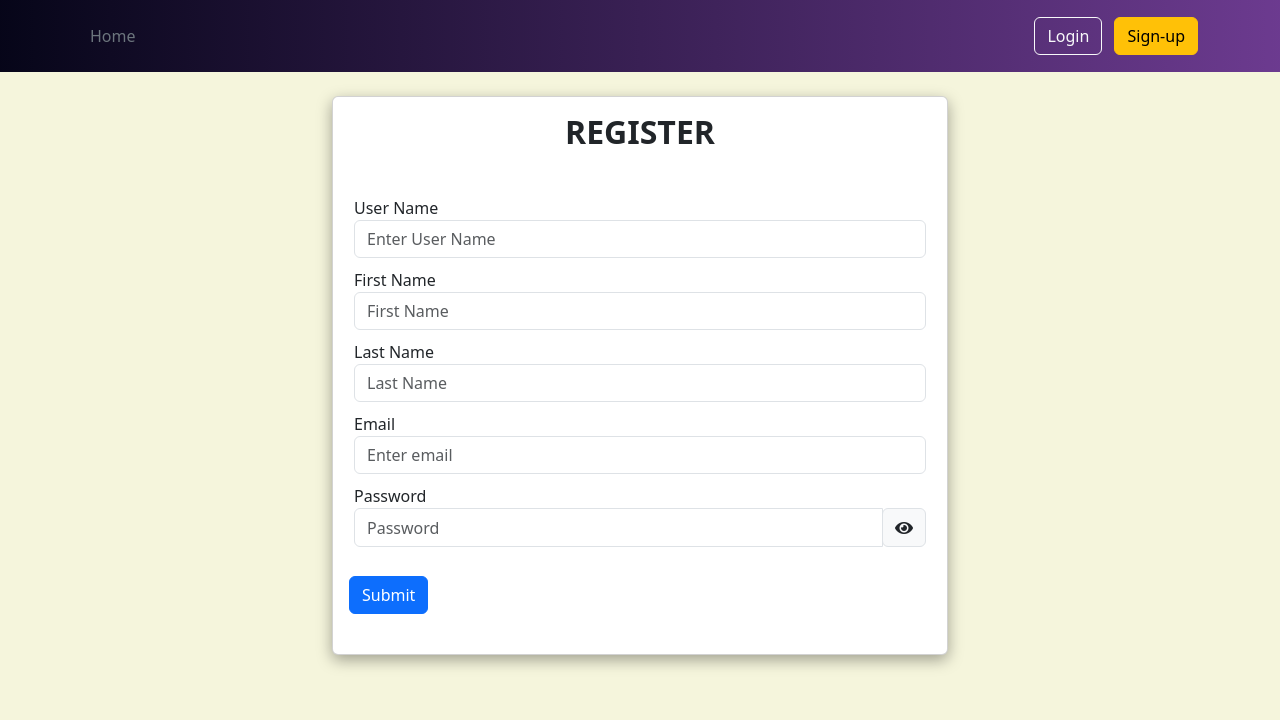
Repository: professorsourabh/php_membership
Page: http://localhost/MVC-Assignment/public/index.php
The author's editor kept a copy of each file at every save. The page is drawn from the files as they stood at one save, then again after the next save.
The browser window is 1280 px wide. The pictures show the whole page.
Some web libraries are served in a nearby version. The page is run by PHP 8.4 with error messages shown; the project is at /var/www/html/.

Above is the page before, as saved 2023-07-13 12:28:33.

After the next save:
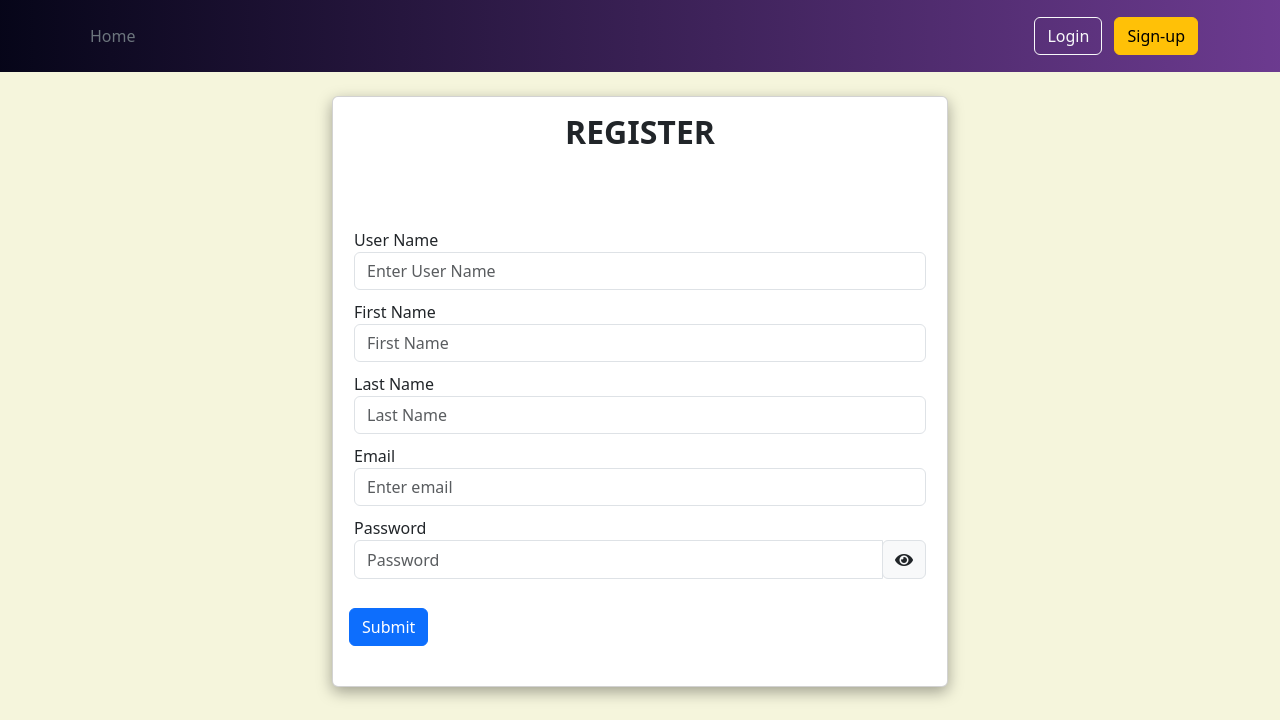
Saved 29 s later.
--- a/public/index.php
+++ b/public/index.php
@@ -38,26 +38,23 @@ session_start();
         <h2 class="text-uppercase fw-bold">Register</h2>
       </div>
       <div class="card-body">
-        <?php if (!empty($_SESSION['error_msg'])) { ?>
-          <div class="error">
-            <div class="alert alert-danger alert-dismissible fade show" role="alert">
-              <?php echo $_SESSION['error_msg']; ?>
-              <button type="button" class="btn-close" data-bs-dismiss="alert" aria-label="Close"></button>
-            </div>
-          </div>
-        <?php
-          unset($_SESSION['error_msg']);
-        } ?>
-        <?php if (!empty($_SESSION['success_msg'])) { ?>
-          <div class="error">
-            <div class="alert alert-success alert-dismissible fade show" role="alert">
-              <?php echo $_SESSION['success_msg']; ?>
-              <button type="button" class="btn-close" data-bs-dismiss="alert" aria-label="Close"></button>
-            </div>
-          </div>
-        <?php
-          unset($_SESSION['success_msg']);
-        } ?>
+      <div class="col-12 d-flex justify-content-center text-center my-3">
+    <?php if (isset($_SESSION['success_msg'])): ?>
+  <div class="alert alert-success alert-dismissible fade show" role="alert">
+    <?php echo $_SESSION['success_msg']; ?>
+    <button type="button" class="btn-close" data-bs-dismiss="alert" aria-label="Close"></button>
+  </div>
+  <?php unset($_SESSION['success_msg']); ?>
+<?php endif; ?>
+
+<?php if (isset($_SESSION['error_msg'])): ?>
+  <div class="alert alert-danger alert-dismissible fade show" role="alert">
+    <?php echo $_SESSION['error_msg']; ?>
+    <button type="button" class="btn-close" data-bs-dismiss="alert" aria-label="Close"></button>
+  </div>
+  <?php unset($_SESSION['error_msg']); ?>
+<?php endif; ?>
+</div>
 
         <form method="post" action="./controller/registerController.php">
           <div class="form-group">
